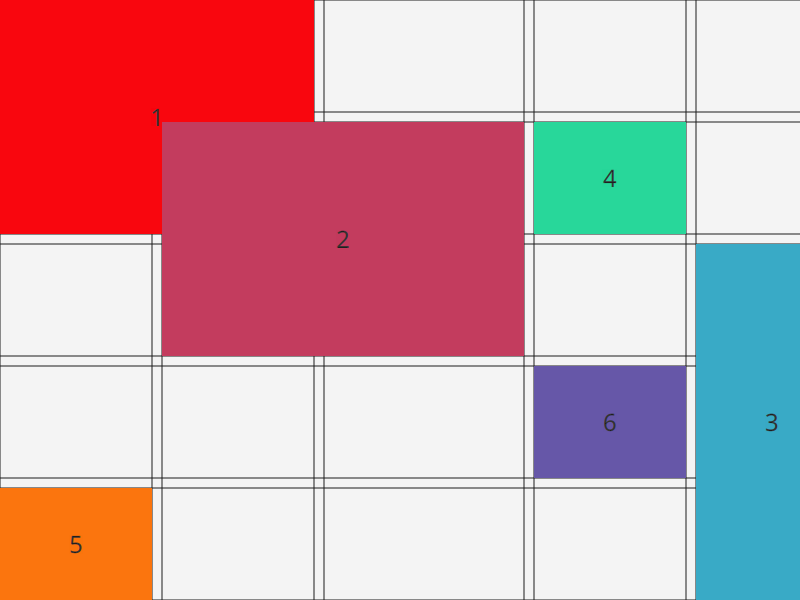
Repository: AlanVidalll/Curso-Java-Completo
Program's window: java exercicios-javafx/src/layout/AppLayout.java
These files come from the project's save history. The program's window is drawn as it stood at one moment and after the next save; the edit follows.
It runs on Java 21 on a 1366 x 768 screen with JavaFX 11; the title bar is not drawn.

Above is the program's window before, as saved 2020-04-11 14:01:56.

After the next save:
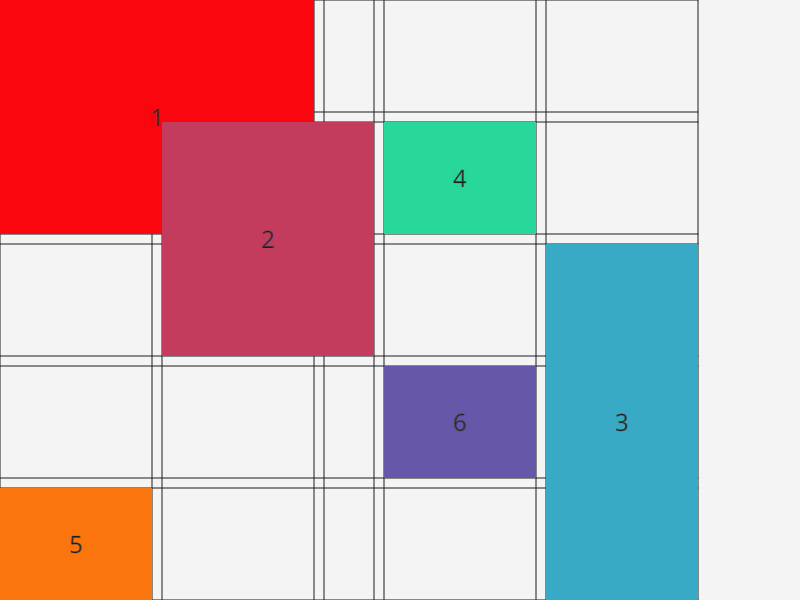
Saved 90 s later.
--- a/exercicios-javafx/src/layout/TesteGridPane.java
+++ b/exercicios-javafx/src/layout/TesteGridPane.java
@@ -44,8 +44,8 @@
 
 		ColumnConstraints cc = new ColumnConstraints();
 		//cc.setPercentWidth(20);
-		cc.setMinWidth(200);
-		cc.setMaxWidth(200);
+		cc.setMinWidth(50);
+		cc.setMaxWidth(50);
 		cc.setFillWidth(true);
 		return cc;
 
